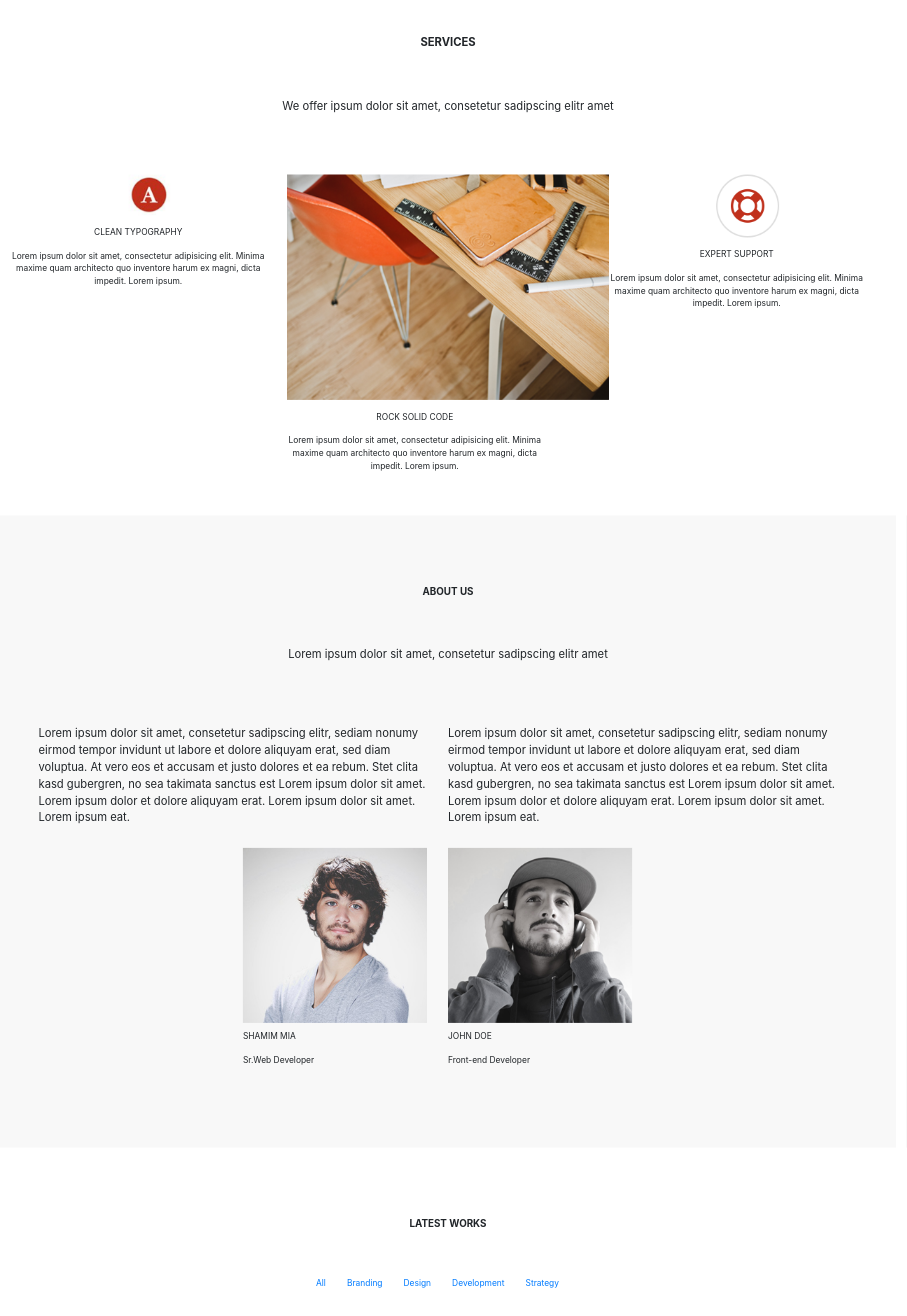
Repository: ivankovaa/HelloWorld
Page: lab5/index.html
The author's editor kept a record of every edit. The page is drawn from the files as they stood at one moment, then again after the next edit.
The browser window is 1280 px wide. The page is 1295 px wide, so the pictures cover 1295 px, including what lies to the right of the window. The pictures show the part of the page from y = 695 to 2575 px (the page is 4067 px tall before and 3835 px after), at 70% of full size.

Above is the page before.

### lab5/index.html
<!DOCTYPE html>
<html lang="uk">

<head>

  <meta charset="utf-8">

  <title>Start up</title>

  <link href="bootstrap.min.css" rel="stylesheet">
  <link href="https://fonts.googleapis.com/css?family=Montserrat:400,700&display=swap" rel="stylesheet">

  <link href="style.css" rel="stylesheet">

</head>
<body>
  <header class = "head">
    <div class = "container">
    <div class = "row">
        <div class = "col-lg-2">
            <p class = "startup">Startup</p>
        </div>
        <div class = "col-lg-6">
            <nav>
                <ul class = "menu d-flex justify-content-right">
                    <li class = "menu_item">
                        <a href = "">Home</a>
                    </li>
                    <li class = "menu_item">
                        <a href = "">Services</a>
                    </li>
                    <li class = "menu_item">
                        <a href = "">About</a>
                    </li>
                    <li class = "menu_item">
                        <a href = "">Works</a>
                    </li>
                    <li class = "menu_item">
                        <a href = "">Blog</a>
                    </li>
                    <li class = "menu_item">
                        <a href = "">Clients</a>
                    </li>
                    <li class = "menu_item">
                        <a href = "">Contact</a>
                    </li>
                </ul>

            </nav>
        </div>
    </div>
    <div class = "row">
        <div class = "col-lg-12">
            <h1 class = "welcome d-flex justify-content-center">Welcome to STARTUP</h1>
        </div>
    </div>
    <div class = "row">
        <div class = "col-lg-12">
            <p class = "favourite">Your Favourite Creative Agency Template</p>
        </div>
    </div>
    <div class = "row">
        <div class = "col-lg-12">
            <button type = "submit" class = "start btn-default btn-lg d-block">GET STARTED</button>
        </div>
    </div>
    </div>
  </header>
  <section class = "services">
      <div class = "row">
        <div class = "col-lg-12">
            <h2 class = "service">SERVICES</h2>
        </div>
    </div>
    <div class = "row">
        <div class = "col-lg-12">
            <p class = "servicestext">We offer ipsum dolor sit amet, consetetur sadipscing elitr amet</p>
        </div>
    </div>
    <div class = "row">
        <div class = "col-lg-12">
            <ul class = "serv d-flex justify-content-center">
                    <li class = "services_item">
                        <img class="services_img" src="FAicon1.png" alt="icon"/>
                        <p class="name">CLEAN TYPOGRAPHY</p>
                        <p class ="aftername">Lorem ipsum dolor sit amet, consectetur adipisicing elit. Minima maxime quam architecto quo inventore harum ex magni, dicta impedit. Lorem ipsum.</p>
                    </li>
                    <li class = "services_item">
                        <img  class="services_img" src="post1.png" alt="icon"/>
                        <p class="name">ROCK SOLID CODE</p>
                        <p class ="aftername">Lorem ipsum dolor sit amet, consectetur adipisicing elit. Minima maxime quam architecto quo inventore harum ex magni, dicta impedit. Lorem ipsum.</p>
                    </li>
                    <li class = "services_item">
                        <img class="services_img" src="img/FAicon3.png" alt="icon"/>
                        <p class="name">EXPERT SUPPORT</p>
                        <p class ="aftername">Lorem ipsum dolor sit amet, consectetur adipisicing elit. Minima maxime quam architecto quo inventore harum ex magni, dicta impedit. Lorem ipsum.</p>
                    </li>
                    </ul>
        </div>
    </div>
  </section>
  <section class = "about_us">
      <div class = "row">
        <div class = "col-lg-12">
            <h3 class = "aboutus">ABOUT US</h3>
        </div>
    </div>
    <div class = "row">
        <div class = "col-lg-12">
            <p class = "aboutus_text">Lorem ipsum dolor sit amet, consetetur sadipscing elitr amet</p>
        </div>
    </div>
    <div class = "row">
        <div class = "col-lg-12">
            <ul class = "about d-flex justify-content-center">
                    <li class = "aboutus_item">
                        <p>Lorem ipsum dolor sit amet, consetetur sadipscing elitr, sediam nonumy eirmod tempor invidunt ut labore et dolore aliquyam erat, sed diam voluptua. At vero eos et accusam et justo dolores et ea rebum. Stet clita kasd gubergren, no sea takimata sanctus est Lorem ipsum dolor sit amet. Lorem ipsum dolor et dolore aliquyam erat. Lorem ipsum dolor sit amet. Lorem ipsum eat.</p>
                    </li>
                    <li class = "aboutus_item">
                        <p>Lorem ipsum dolor sit amet, consetetur sadipscing elitr, sediam nonumy eirmod tempor invidunt ut labore et dolore aliquyam erat, sed diam voluptua. At vero eos et accusam et justo dolores et ea rebum. Stet clita kasd gubergren, no sea takimata sanctus est Lorem ipsum dolor sit amet. Lorem ipsum dolor et dolore aliquyam erat. Lorem ipsum dolor sit amet. Lorem ipsum eat.</p>
                    </li>
                    </ul>
        </div>
    </div>
    <div class = "row">
        <div class = "col-lg-12">
            <ul class = "team d-flex justify-content-center">
                    <li class = "team_item">
                        <img class="team_img" alt="Team" src="img/TeamPic3.png"/>
                        <p class="name">Shamim Mia</p>
                        <p>Sr.Web Developer</p>
                    </li>
                    <li class = "team_item">
                        <img class="team_img" alt="Team" src="img/TeamPic4.png"/>
                        <p class="name">John Doe</p>
                        <p>Front-end Developer</p>
                    </li>
                    </ul>
        </div>
    </div>
  </section>
  <section class = "works">
      <div class = "row">
        <div class = "col-lg-12">
            <h4 class = "work">Latest Works</h4>
        </div>
    </div>
    <div class = "row">
        <div class = "col-lg-12">
            <ul class = "latest d-flex justify-content-center">
                    <li class = "work_item">
                        <a href = "">All</a>
                    </li>
                    <li class = "work_item">
                        <a href = "">Branding</a>
                    </li>
                    <li class = "work_item">
                        <a href = "">Design</a>
                    </li>
                    <li class = "work_item">
                        <a href = "">Development</a>
                    </li>
                    <li class = "work_item">
                        <a href = "">Strategy</a>
                    </li>
                    </ul>
        </div>
    </div>
    <div class = "row">
        <div class = "col-lg-12">
            <div class = "pictures"></div>
            <ul class = "latestworks1 d-flex justify-content-center">
                    <li>
                        <img class = "work_img" alt="work" src = "img/work1.png"/>
                    </li>
                    <li>
                        <img class = "work_img" alt="work" src = "img/work2.png"/>
                    </li>
                    <li>
                        <img class = "work_img" alt="work" src = "img/work3.png"/>
                    </li>
            </ul>
            <ul class = "latestworks2 d-flex justify-content-center">
                    <li class = "work_img">
                        <img alt="work" src = "img/work4.png"/>
                    </li>
                    <li class = "work_img">
                        <img alt="work" src = "img/work5.png"/>
                    </li>
                    <li class = "work_img">
                        <img alt="work" src = "img/work6.png"/>
                    </li>
            </ul>
            <ul class = "latestworks3 d-flex justify-content-center">
                    <li class = "work_img">
                        <img alt="work" src = "img/work7.png"/>
                    </li>
                    <li class = "work_img">
                        <img alt="work" src = "img/work8.png"/>
                    </li>
                    <li class = "work_img">
                        <img alt="work" src = "img/work9.png"/>
                    </li>
            </ul>
        </div>
    </div>
  </section>
  <footer class = "like">
        <div class = "row">
         <div class = "col-lg-12">
            <p class = "do">Do you like OUR WORK so far?</p>
            <p class = "lets">Let's talk about YOUR PROJECT!</p>
            <button type = "submit" class = "touch btn-default btn-lg d-block">GET IN TOUCH</button>
        </div>
    </div>
  </footer>
</body>
</html>

### lab5/style.css
ul, li {
    display: inline-block;
    padding: 0;
    margin: 0;
}

h2, h3, h4 {
    font-size: 14px;
    text-transform: uppercase;
    text-align: center;
    padding-top: 100px;
    font-weight: bold;
}

.h1 {
    text-align: center;
    text-transform: uppercase;
    font-size: 40px;
}

.head {
    background-image: url('img/HomeBackground.png');
    background-size: 100%;
    color: white;
}

.service {
    background-color: white;
}

.about_us{
    background-color: #f8f8f8;
}

.menu {
    padding-top: 40px;
    max-width: 490px;
    margin-bottom: 160px;
}

.menu_item a {
    color: white;
}

.startup {
    padding-top: 40px;
    font-weight: bold;
}

.menu_item {
    margin-right: 30px;
}

.menu_item a {
    font-size: 12px;
}

.favourite {
    margin-top: 34px;
    text-align: center;
    font-size: 16px;
}

.start {
    margin-top: 36px;
    margin-left: auto;
    margin-right: auto;
    margin-bottom: 206px;
    background: transparent;
    color: white;
    border-color: white;
}

.start btn {
    max-height: 150px;
    max-width: 100px;
    text-align: center;
    font-size: 16px;
}

.service {
    padding-top: 100px;
    text-transform: uppercase;
    text-align: center;
    font-size: 16px;
}

.servicestext {
    margin-top: 62px;
    text-align: center;
    font-size: 16px;
}

.rock {
    margin-top: 190px;
    margin-left: 504px;
    text-transform: uppercase;
}

.services_item {
    text-align: center;
    align-items: center;
    display: inline-block;
}

.services_img {
    padding-top: 70px;
}

.servicestext {
    font-size: 16px;
}
.services_item a {
    text-transform: uppercase;
    font-size: 12px;
}

.services_item name {
    margin-top: 30px;
}

.services_item p {
    font-size: 12px;
    margin-right: 30px;
    max-height: 63px;
    max-width: 365px;
}

.aftername {
    padding-bottom: 100px;
}

.aboutus_text {
    text-align: center;
    font-size: 16px;
    padding-top: 60px;
}

.aboutus_item {
    margin-right: 30px;
    max-height: 100px;
    max-width: 555px;
    padding-top: 74px;
}

.name {
    text-transform: uppercase;
    font-size: 12px;
    margin-top: 15px;
}

.team_item {
    padding-top: 75px;
    padding-bottom: 100px;
}

.team_item p {
    font-size: 12px;
    margin-top: 10px;
}

.team_img {
    margin-top: 75px;
    max-height: 270px;
    max-width: 270px;
    margin-right: 30px;
}

.work {
    padding-top: 100px;
}

.work_item {
    font-size: 12px;
    margin-right: 30px;
    margin-top: 60px;
}

.latestworks1 {
    margin-top: 70px;
}

.latestworks3 {
    padding-bottom: 100px;
}

.work_img {
    max-width: 365px;
    max-height: 365px;
    display: inline-block;
    margin-right: 30px;
    margin-bottom: 30px;
}

.do {
    text-align: center;
    font-size: 30px;
    padding-top: 70px;
    margin-bottom: 0;
    color: white;
}

.lets {
    text-align: center;
    font-size: 30px;
    color: white;
}

.touch {
    margin-top: 24px;
    margin-left: auto;
    margin-right: auto;
    margin-bottom: 75px;
    background: transparent;
    color: white;
    border-color: white;
}

.touch btn {
    max-height: 150px;
    max-width: 100px;
    text-align: center;
    font-size: 16px;
}

.like {
    background-image: url('img/lets-talk.png');
    background-size: 100%;
}

Loaded but not shown: lab5/bootstrap.min.css (library)

After the next edit:
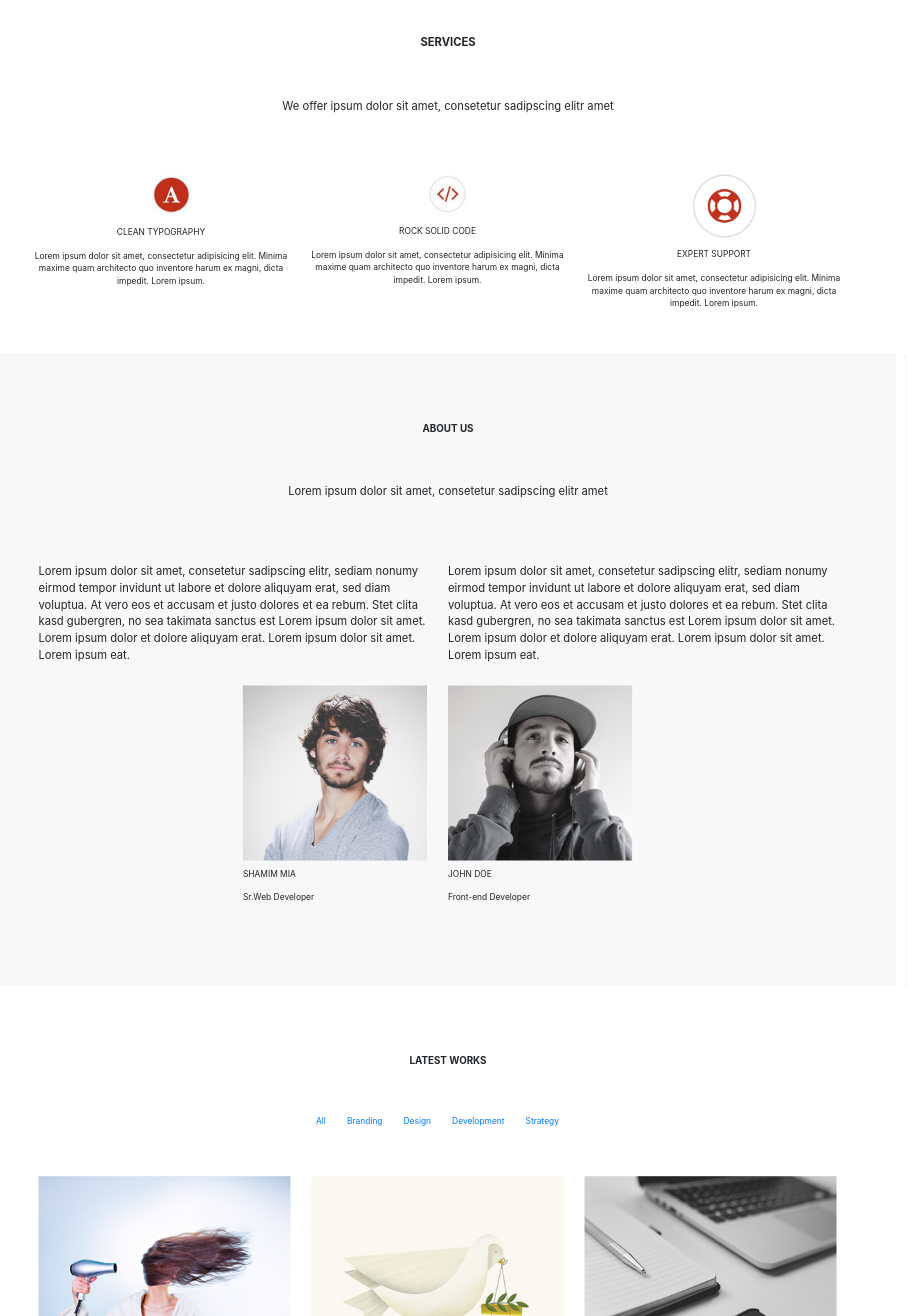
The edit:
--- a/lab5/index.html
+++ b/lab5/index.html
@@ -86,7 +86,7 @@
                         <p class ="aftername">Lorem ipsum dolor sit amet, consectetur adipisicing elit. Minima maxime quam architecto quo inventore harum ex magni, dicta impedit. Lorem ipsum.</p>
                     </li>
                     <li class = "services_item">
-                        <img  class="services_img" src="post1.png" alt="icon"/>
+                        <img  class="services_img" src="FAicon2.png" alt="icon"/>
                         <p class="name">ROCK SOLID CODE</p>
                         <p class ="aftername">Lorem ipsum dolor sit amet, consectetur adipisicing elit. Minima maxime quam architecto quo inventore harum ex magni, dicta impedit. Lorem ipsum.</p>
                     </li>
